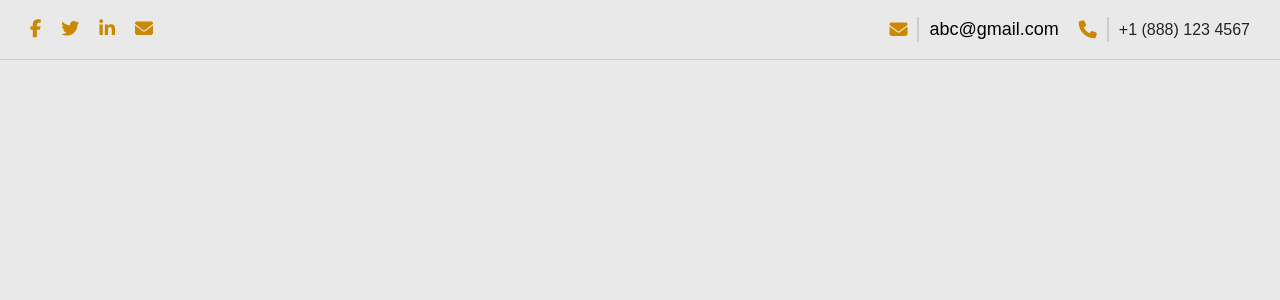
Repository: arehmanraza/lawyer_website
Page: Pages/index.html
These files come from the project's save history. The page is drawn as it stood at one moment and after a run of saves; the edit follows.
The browser window is 1280 px wide. The pictures show the whole page.
Some web libraries are served in a nearby version.

Above is the page before, as saved 2024-05-22 01:36:19.

After the next 2 saves:
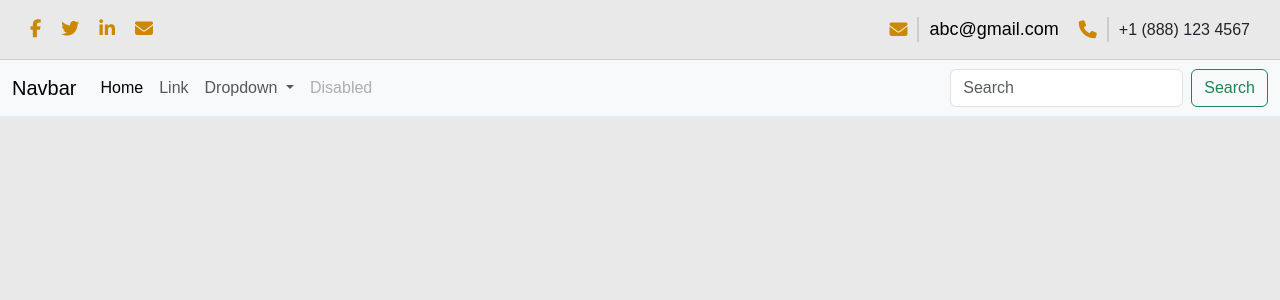
The 2 saves are shown as one change because they came seconds apart.
The last was saved 41 s later.
--- a/Pages/index.html
+++ b/Pages/index.html
@@ -77,6 +77,44 @@
       <!-- ---------------Navbar_container start ------------------  -->
 
 
+      <nav class="navbar navbar-expand-lg bg-body-tertiary">
+        <div class="container-fluid">
+          <a class="navbar-brand" href="#">Navbar</a>
+          <button class="navbar-toggler" type="button" data-bs-toggle="collapse" data-bs-target="#navbarSupportedContent" aria-controls="navbarSupportedContent" aria-expanded="false" aria-label="Toggle navigation">
+            <span class="navbar-toggler-icon"></span>
+          </button>
+          <div class="collapse navbar-collapse" id="navbarSupportedContent">
+            <ul class="navbar-nav me-auto mb-2 mb-lg-0">
+              <li class="nav-item">
+                <a class="nav-link active" aria-current="page" href="#">Home</a>
+              </li>
+              <li class="nav-item">
+                <a class="nav-link" href="#">Link</a>
+              </li>
+              <li class="nav-item dropdown">
+                <a class="nav-link dropdown-toggle" href="#" role="button" data-bs-toggle="dropdown" aria-expanded="false">
+                  Dropdown
+                </a>
+                <ul class="dropdown-menu">
+                  <li><a class="dropdown-item" href="#">Action</a></li>
+                  <li><a class="dropdown-item" href="#">Another action</a></li>
+                  <li><hr class="dropdown-divider"></li>
+                  <li><a class="dropdown-item" href="#">Something else here</a></li>
+                </ul>
+              </li>
+              <li class="nav-item">
+                <a class="nav-link disabled" aria-disabled="true">Disabled</a>
+              </li>
+            </ul>
+            <form class="d-flex" role="search">
+              <input class="form-control me-2" type="search" placeholder="Search" aria-label="Search">
+              <button class="btn btn-outline-success" type="submit">Search</button>
+            </form>
+          </div>
+        </div>
+      </nav>
+
+
 
 
 
